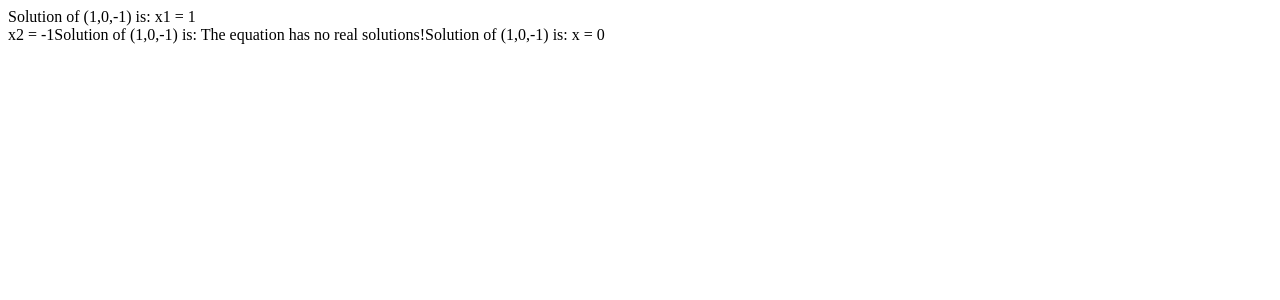
Repository: zinminkhantoo/assignment01
Page: http://localhost/Mheiktila TU IT Club/001/Problem4.php
These files come from the project's save history. The page is drawn as it stood at one moment and after the next save; the edit follows.
The browser window is 1280 px wide. The pictures show the whole page.
The page is run by PHP 8.4 with error messages shown; the project is at /var/www/html/.

Above is the page before, as saved 2020-04-15 16:11:37.

### Test/Mheiktila TU IT Club/001/Problem4.php
<?php
 function solution($a, $b , $c) {

     $d = $b*$b - 4*$a*$c;
//      echo $d;

     if($d < 0) {
         return "The equation has no real solutions!";
     } elseif($d == 0) {
         return "x = ".(-$b / 2*$a);
     } else  {
         return "x1 = ".((-$b + sqrt($d)) / (2*$a))."</br>
                 x2 = ".((-$b - sqrt($d)) / (2*$a));
     }
 }

 echo"Solution of (1,0,-1) is: ".solution(1, 0, -1);       //1 , -1
 echo"Solution of (1,0,-1) is: ".solution(1, 0, 1);
 echo"Solution of (1,0,-1) is: ".solution(1, 0, 0);
?>

After the next save:
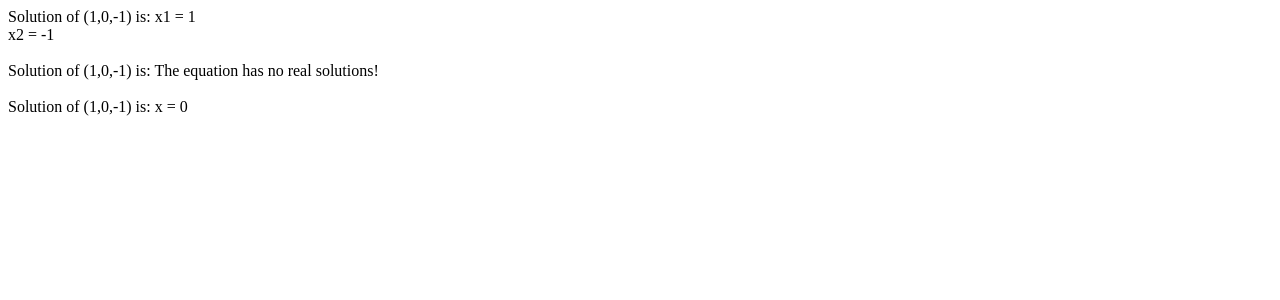
Saved 25 s later.
--- a/Test/Mheiktila TU IT Club/001/Problem4.php
+++ b/Test/Mheiktila TU IT Club/001/Problem4.php
@@ -14,7 +14,7 @@
      }
  }
 
- echo"Solution of (1,0,-1) is: ".solution(1, 0, -1);       //1 , -1
- echo"Solution of (1,0,-1) is: ".solution(1, 0, 1);
- echo"Solution of (1,0,-1) is: ".solution(1, 0, 0);
+ echo"Solution of (1,0,-1) is: ".solution(1, 0, -1)."</br></br>";       //1 , -1
+ echo"Solution of (1,0,-1) is: ".solution(1, 0, 1)."</br></br>";
+ echo"Solution of (1,0,-1) is: ".solution(1, 0, 0)."</br></br>";
 ?>
